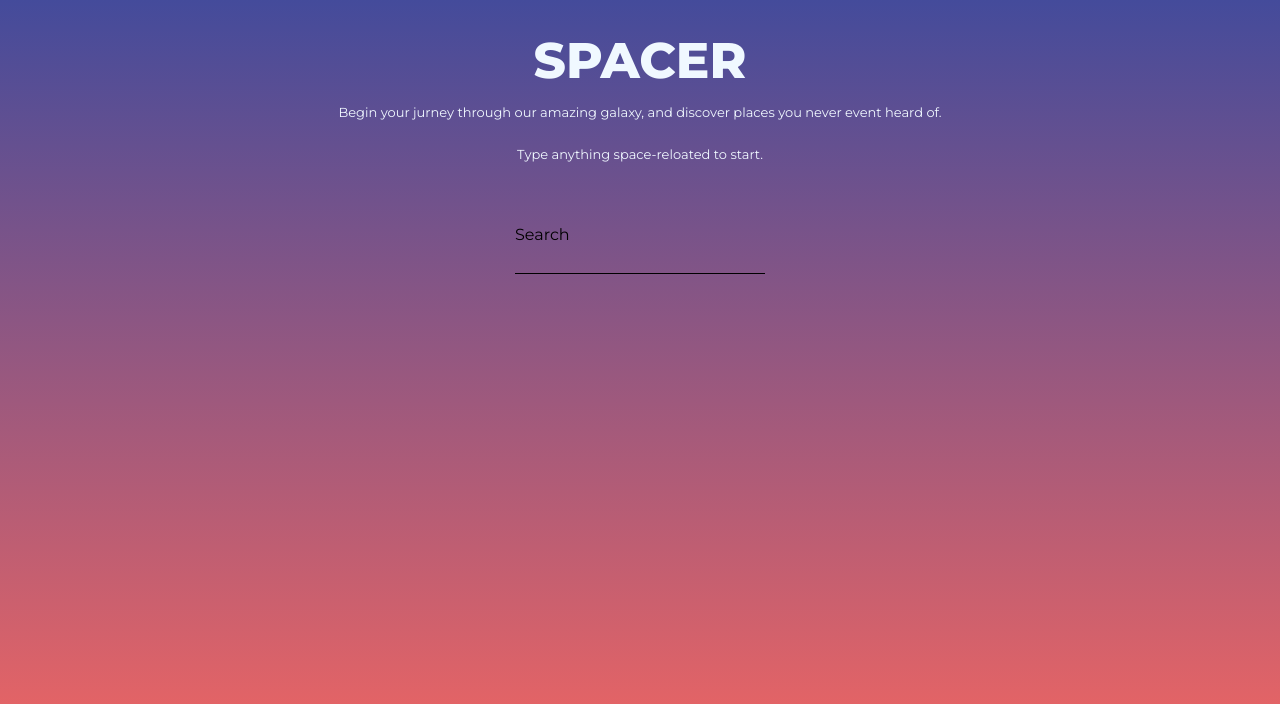
Repository: kamilluc/space-vue
Page: /
An editor plug-in stored every save of this project. The page is shown before and after the next save, followed by the edit.
The browser window is 1280 px wide. The pictures show the whole page.
The project was rebuilt for these pictures with package versions that can differ from the ones it lists, and the page was loaded fresh each time. Also part of the build but not shown: src/views/About.vue.

Above is the page before, as saved 2018-08-08 23:37:52.

### public/index.html
<!DOCTYPE html>
<html lang="en">
  <head>
    <meta charset="utf-8">
    <meta http-equiv="X-UA-Compatible" content="IE=edge">
    <meta name="viewport" content="width=device-width,initial-scale=1.0">
    <link rel="icon" href="<%= BASE_URL %>favicon.ico">
    <title>space-vue</title>
  </head>
  <body>
    <noscript>
      <strong>We're sorry but space-vue doesn't work properly without JavaScript enabled. Please enable it to continue.</strong>
    </noscript>
    <div id="app"></div>
    <!-- built files will be auto injected -->
  </body>
</html>

### src/App.vue
<template>
  <div class="app">
    <!-- <div class="nav">
      <router-link to="/">spacer</router-link>
      <router-link to="/about">about</router-link>
    </div> -->
    <router-view />
  </div>
</template>

<style lang="scss">
@import url("https://fonts.googleapis.com/css?family=Montserrat:300,400,600,800");

* {
  box-sizing: border-box;
}
body {
  font-family: "Montserrat", sans-serif;
  margin: 0;
  padding: 0;
}
</style>

### src/router.js
import Vue from "vue";
import Router from "vue-router";
import Search from "./views/Search.vue";
import About from "./views/About.vue";

Vue.use(Router);

export default new Router({
  routes: [
    {
      path: "/",
      name: "Search",
      component: Search
    },
    {
      path: "/about",
      name: "About",
      component: About
    }
  ]
});

### src/views/Search.vue
<template>
  <div class="wrapper">
        <HeroImage />

    <Claim />
    <SearchInput />
    <!-- <div class="search">
      <label for="search">Search</label>
      <input type="text" id="search"
      name="search"
      v-model="searchValue"
      @input="handleInput"
      /> -->
      <!-- <ul>
      <li v-for="item in results" :key="item.data[0].nasa_id">
          <p>{{item.data[0].description}}</p>
      </li>
      </ul> -->
    <!-- </div> -->
  </div>
</template>

<script>
import axios from "axios";
import debounce from "lodash.debounce";
import Claim from "@/components/Claim";
import SearchInput from "@/components/SearchInput";
import HeroImage from "@/components/HeroImage";

const API = "https://images-api.nasa.gov/search?q=";

export default {
  name: "Search",
  components: { Claim, SearchInput, HeroImage },
  data() {
    return {
      searchValue: "",
      results: []
    };
  },
  methods: {
    // handleInput(e) {
    //   axios
    //     .get(`${API}${this.searchValue}&media_type=image`)
    //     .then(res => {
    //       console.log(res);
    //     })
    //     .catch(err => {
    //       console.log(err);
    //     });
    // }

    handleInput: debounce(function() {
      axios
        .get(`${API}${this.searchValue}&media_type=image`)
        .then(res => {
          // console.log(res);
          this.results = res.data.collection.items;
        })
        .catch(err => {
          console.log(err);
        });
    }, 500)
  }
};
</script>

<style lang="scss" scoped>
.wrapper {
  display: flex;
  flex-direction: column;
  align-items: center;
  margin: 0;
  padding: 30px;
  // width: 100%;
  // height: 100vh;
  justify-content: center;
  // background: linear-gradient(#444b9b, #e66465);
}
</style>

### src/components/Claim.vue
<template>
  <div class="claim-wrapper">
    <h1 class="claim">SPACER</h1>
    <p class="subclaim">
        Begin your jurney through our amazing galaxy,
        and discover places you never event heard of.
    </p>
     <p class="subclaim">
        Type anything space-reloated to start.
    </p>
  </div>
</template>

<script>
export default {
  name: "Claim"
};
</script>

<style lang="scss" scoped>
.claim-wrapper {
  text-align: center;
  display: flex;
  flex-direction: column;
  justify-content: center;
  align-items: center;
  color: aliceblue;
}

.claim {
  font-size: 50px;
  margin: 0;
}

.subclaim {
  margin-top: 20px 0 0 0;
  font-size: 13px;
}
</style>

### src/components/SearchInput.vue
<template>
    <div class="searchinput-wrapper">
      <label for="search">Search</label>
      <input type="text" id="search"
      name="search"
      v-model="searchValue"
      @input="handleInput"
      />
      <!-- <ul>
      <li v-for="item in results" :key="item.data[0].nasa_id">
          <p>{{item.data[0].description}}</p>
      </li>
      </ul> -->
    </div>
</template>

<script>
export default {
  name: "SearchInput"
};
</script>

<style lang="scss" scoped>
.searchinput-wrapper {
  display: flex;
  flex-direction: column;
  margin-top: 50px;
  width: 250px;
}

input {
  height: 30px;
  border: 0;
  background: none;
  border-bottom: 1px solid black;
}
</style>

### src/components/HeroImage.vue
<template>
    <div class="heroImage"></div>
</template>

<script>
export default {
  name: "HeroImage"
};
</script>

<style lang="scss" scoped>
.heroImage {
  position: fixed;
  top: 0;
  z-index: -1;

  width: 100%;
  height: 100vh;
  background: linear-gradient(#444b9b, #e66465);
}
</style>

Loaded but not shown: src/main.js (common file)

After the next save:
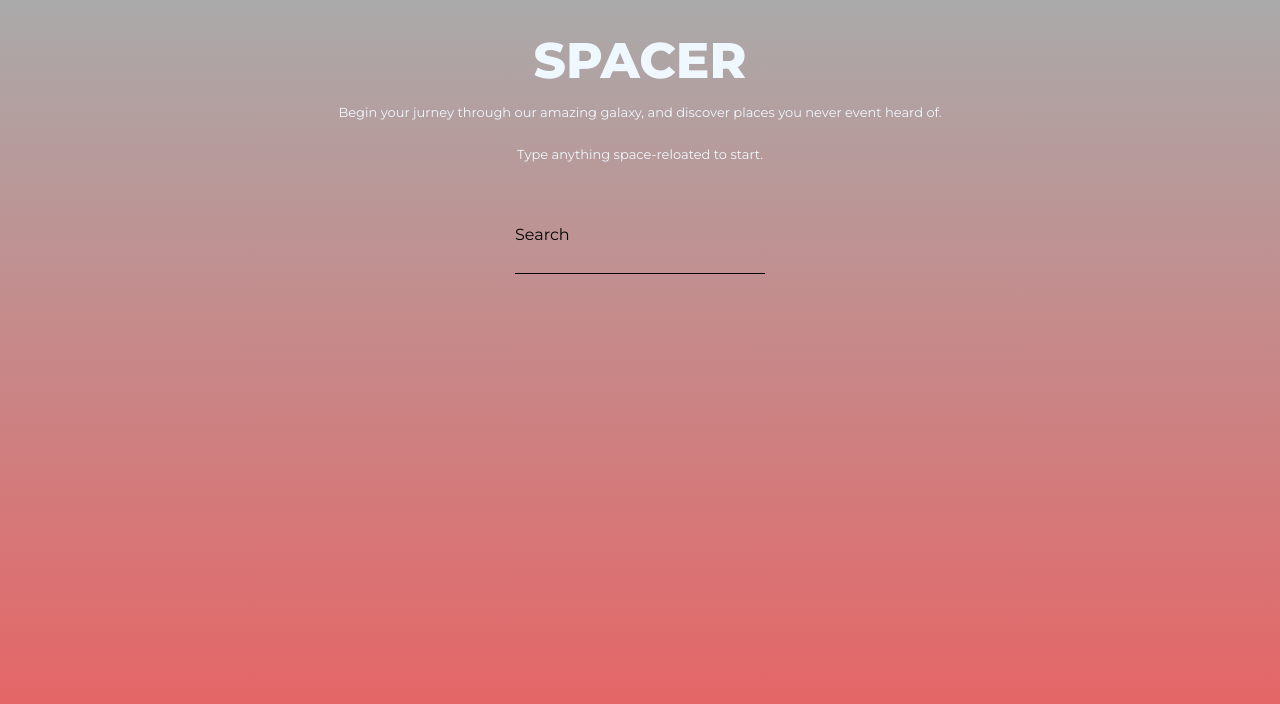
Saved 17 s later.
--- a/src/components/HeroImage.vue
+++ b/src/components/HeroImage.vue
@@ -16,6 +16,6 @@
 
   width: 100%;
   height: 100vh;
-  background: linear-gradient(#444b9b, #e66465);
+  background: linear-gradient(#aaa, #e66465);
 }
 </style>
